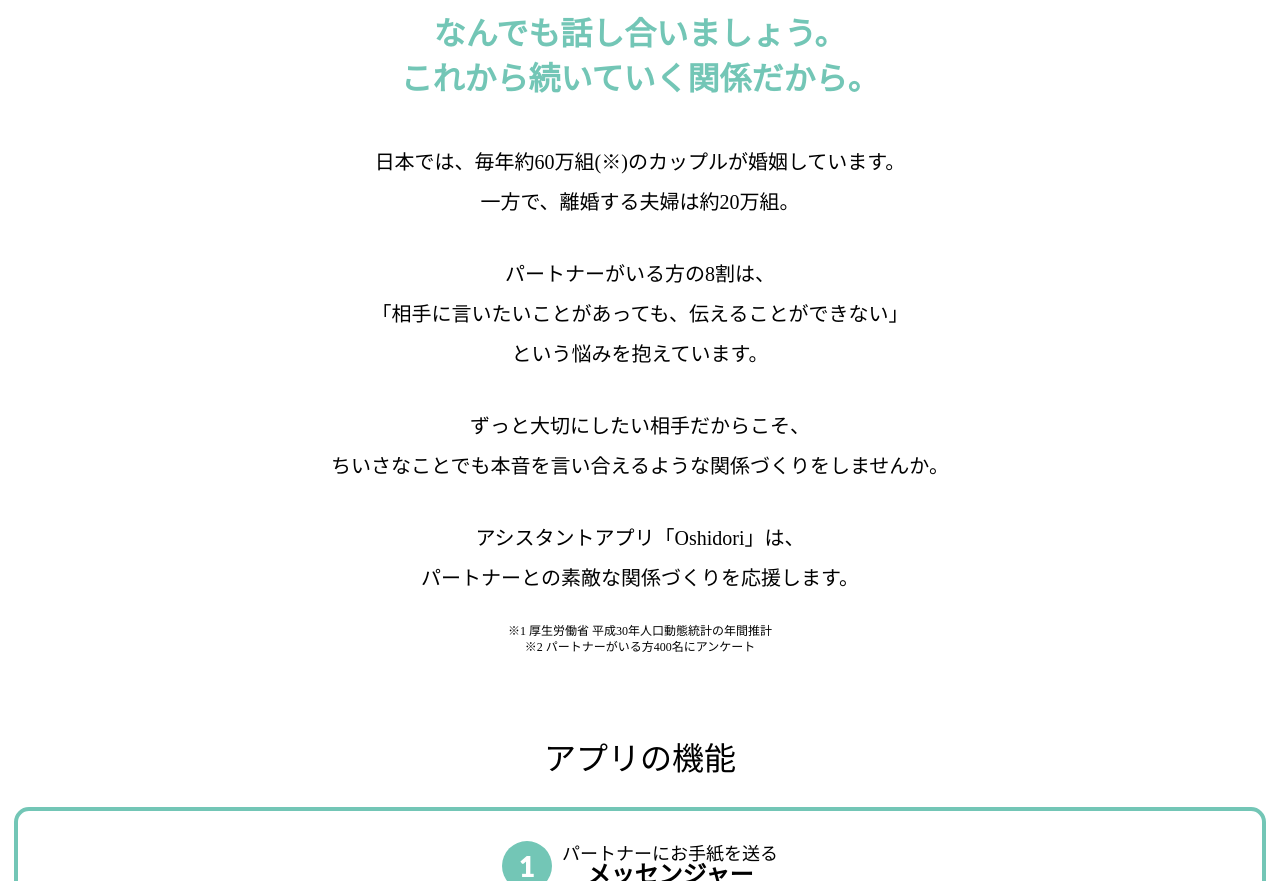
Repository: YamaTatsu10969/Oshidori_LP
Page: site /index.html
The author's editor kept a copy of each file at every save. The page is drawn from the files as they stood at one save, then again after a run of saves.
The browser window is 1280 px wide. The pictures show the part of the page from y = 733 to 1614 px (the page is 3547 px tall before and 3647 px after).
A picture or video elsewhere on the page could not be fetched, so the positions and the page height are approximate.

Above is the page before, as saved 2019-06-04 00:48:16.

After the next 2 saves:
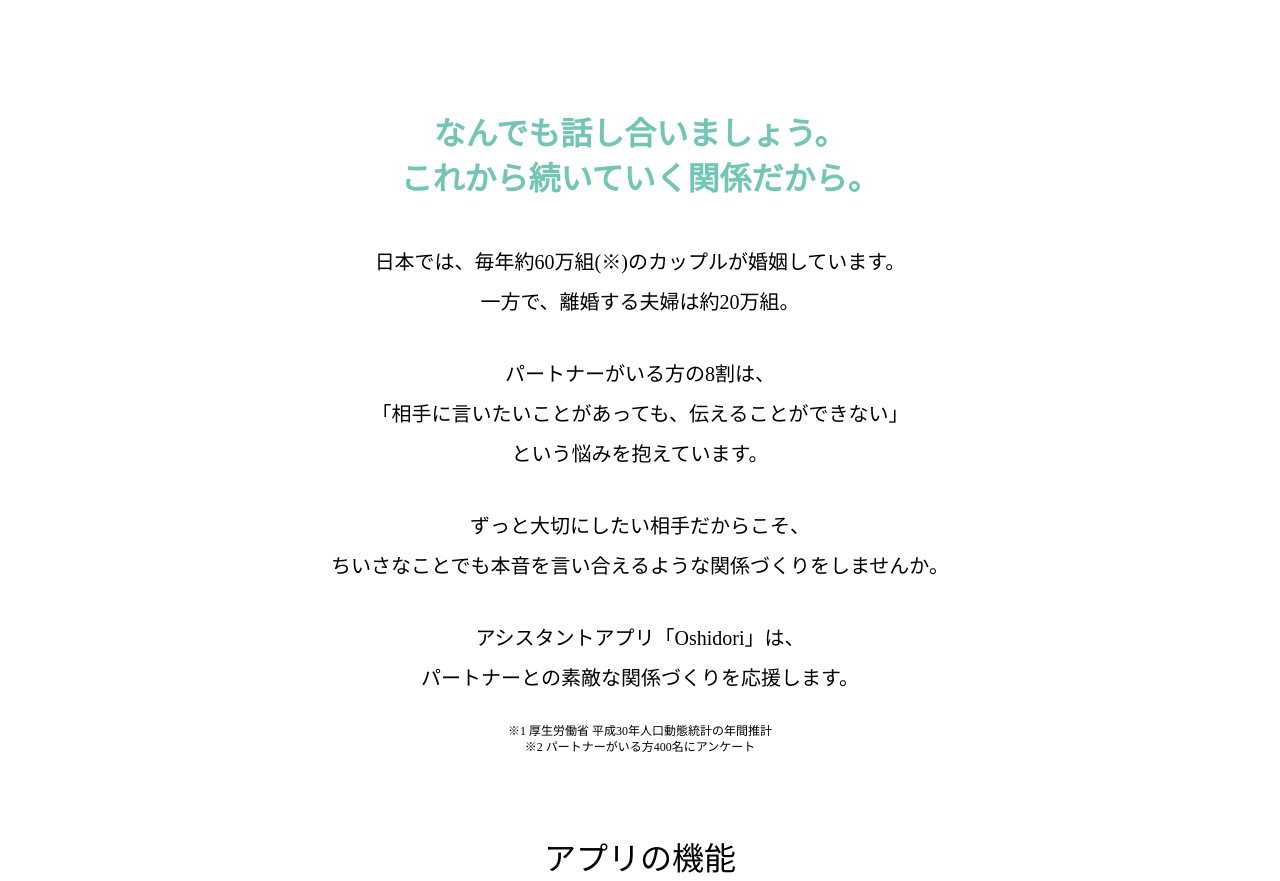
The 2 saves are shown as one change because they came seconds apart.
The last was saved 7 s later.
--- a/site /index.html
+++ b/site /index.html
@@ -38,7 +38,7 @@
 
   <div class="common-container">
     <p>
-      <div class="youtube" style="width: 100; height: 100%;">
+      <div class="youtube" style="width: 100px; height: 100px;">
         <iframe style=" position: absolute; top: 0; left: 0; width: 100%; height: 100%;"
           src="https://www.youtube.com/embed/KwHTblznOkw" frameborder="0" allow="autoplay;
         encrypted-media">
